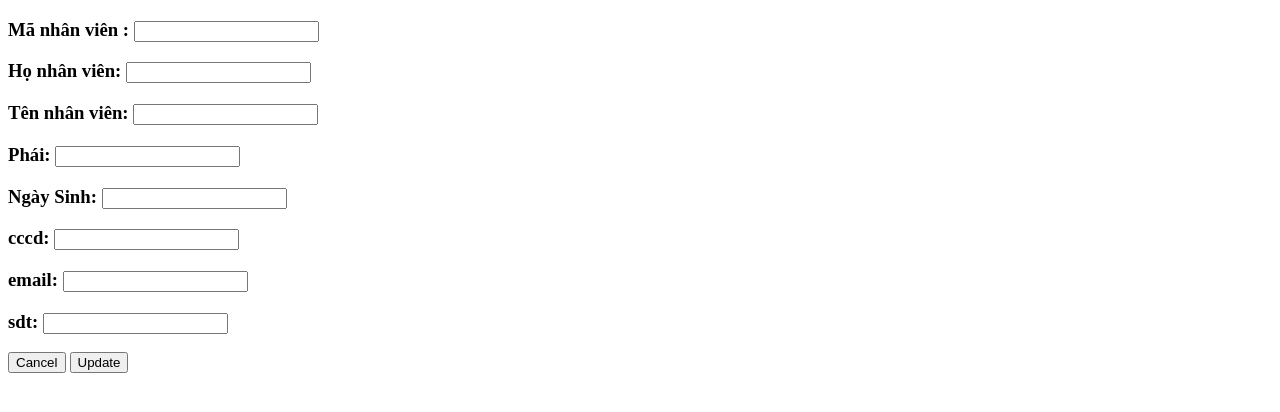
Repository: QuanghuyK1/CNPM
Page: http://localhost/CNPM/WEB-INF/views/admin/info.jsp
An editor plug-in stored every save of this project. The page is shown before and after the next save, followed by the edit.
The browser window is 1280 px wide. The pictures show the whole page.
The page is served by Tomcat 9. Nobody is signed in. The template is opened directly, without the code that normally fills it, so the values that code supplies are empty.

Above is the page before, as saved 2022-04-21 17:03:18.

After the next save:
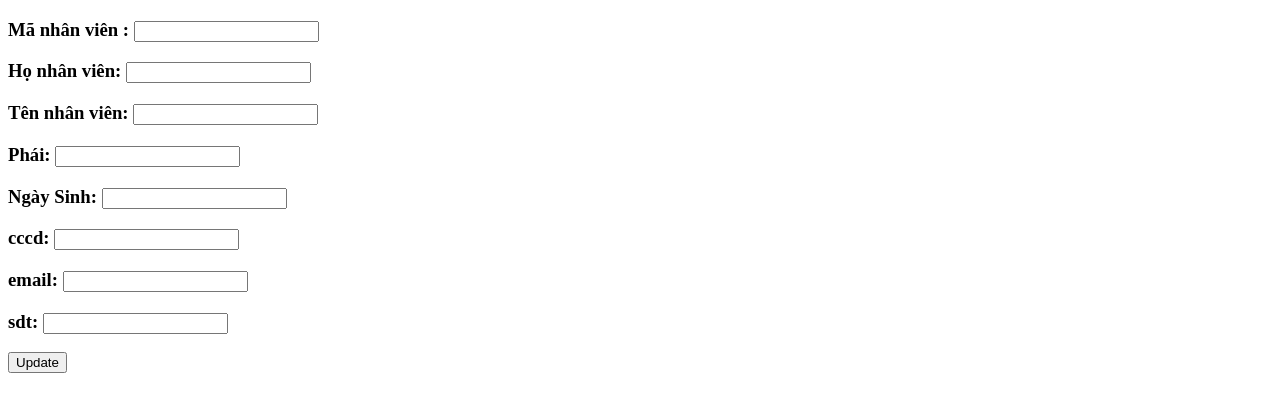
Saved 26 min 14 s later.
--- a/CNPM-main/WebXeKhach/CNPM/src/main/webapp/WEB-INF/views/admin/info.jsp
+++ b/CNPM-main/WebXeKhach/CNPM/src/main/webapp/WEB-INF/views/admin/info.jsp
@@ -25,7 +25,6 @@
 		<h3>cccd: <form:input path = "cccd" value = "${nv.cccd }"/></h3>
 		<h3>email: <form:input path = "email" value = "${nv.email }"/></h3>
 		<h3>sdt: <form:input path = "sdt" value = "${nv.sdt }"/></h3>
-			<a href = "/admin/danhsach.htm"><button>Cancel</button></a>
 			<form:form action = "/danhsach/${nv.maNV}.htm"><button name = "update">Update</button></form:form>
 	</form:form>
 </body>
